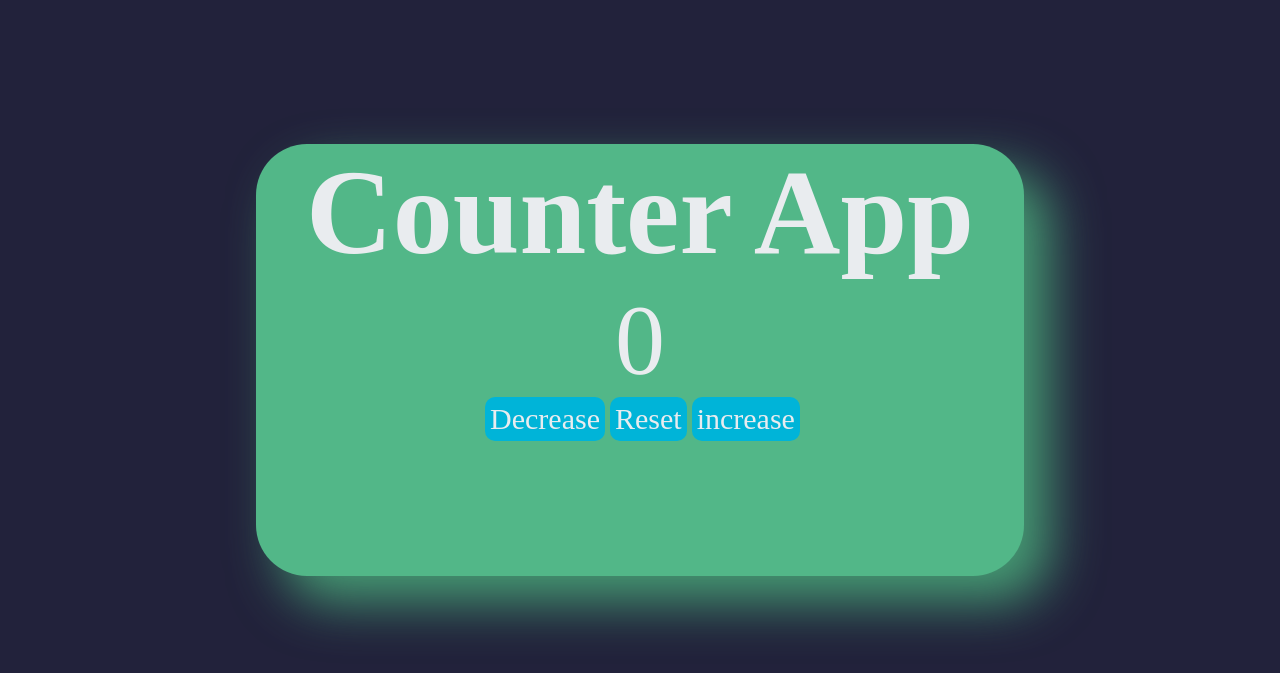
Repository: Yuukicoder/basicProject
Page: project2.html
The author's editor kept a copy of each file at every save. The page is drawn from the files as they stood at one save, then again after the next save.
The browser window is 1280 px wide. The pictures show the whole page.
Some web fonts or font styles are not loaded; a fallback is used.

Above is the page before, as saved 2023-02-24 22:16:11.

After the next save:
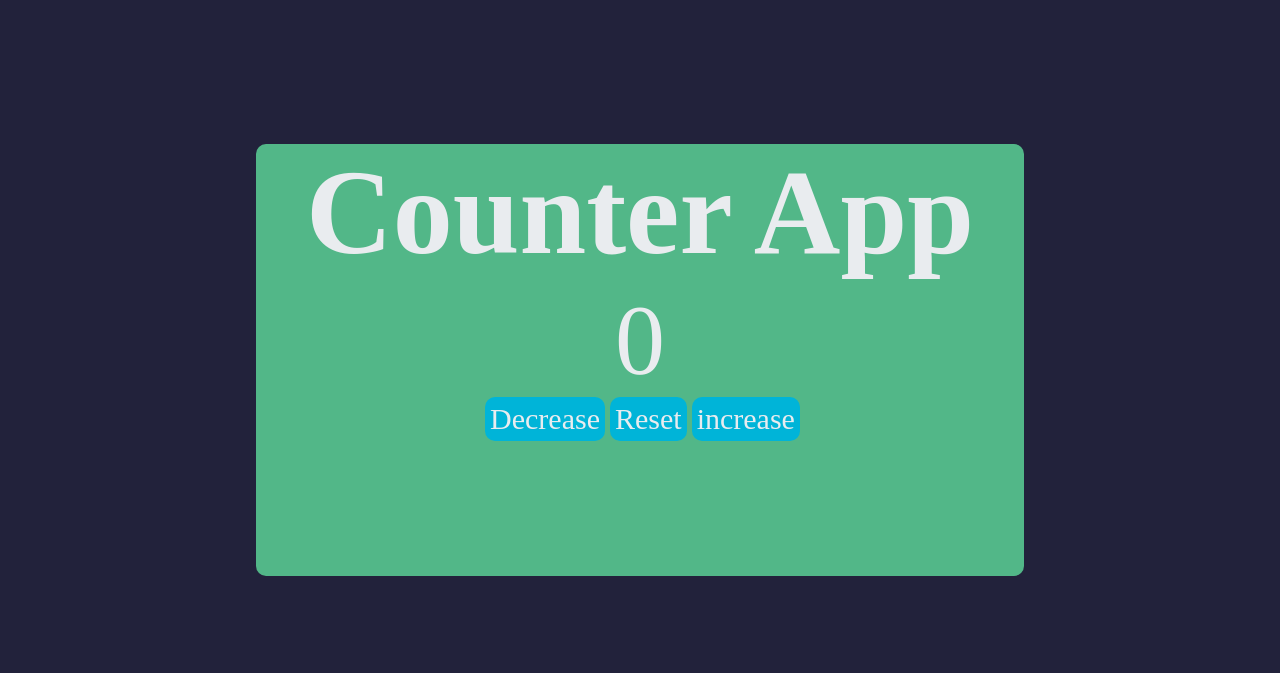
Saved 20 s later.
--- a/assets/css/project2.css
+++ b/assets/css/project2.css
@@ -20,10 +20,8 @@ body {
 .box {
   width: 60%;
   height: 60%;
-  border-radius: 51px;
-  background: #52b788;
-  box-shadow: 26px 26px 52px #469c74;
-  /* -26px -26px 52px #5ed29c; */
+  background-color: #52b788;
+  border-radius: 10px;
 }
 h1,
 p {
